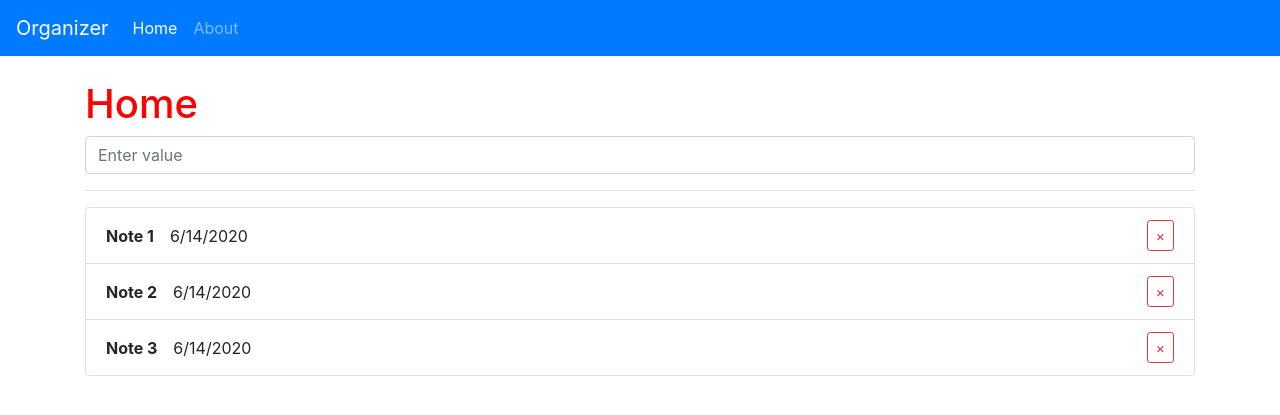
Repository: GregorPiev/orginizer-react-advanced
Page: /
These files come from the project's save history. The page is drawn as it stood at one moment and after the next save; the edit follows.
The browser window is 1280 px wide. The pictures show the whole page.
The project was rebuilt for these pictures with package versions that can differ from the ones it lists, and the page was loaded fresh each time. Also part of the build but not shown: src/pages/About/About.scss, src/pages/About/About.js.

Above is the page before, as saved 2020-08-24 11:34:42.

After the next save:
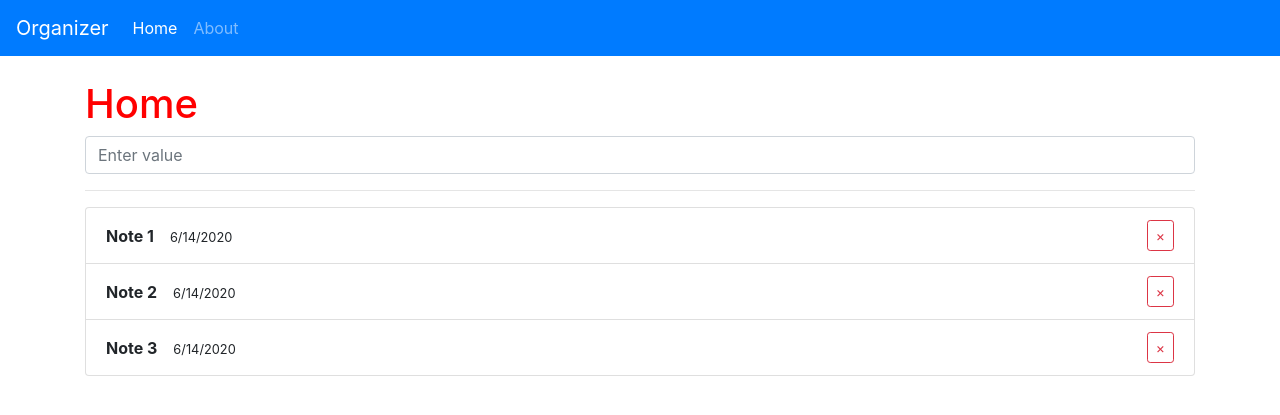
Saved 8 s later.
--- a/src/components/Notes.js
+++ b/src/components/Notes.js
@@ -11,7 +11,7 @@ export const Notes = ({ notes }) => {
                     className="list-group-item note">
                     <div>
                         <strong>{note.title}</strong>
-                        <smol>{new Date().toLocaleDateString()}</smol>
+                        <small>{new Date().toLocaleDateString()}</small>
                     </div>
 
                     <button type="button" className="btn btn-outline-danger btn-sm">&times;</button>
